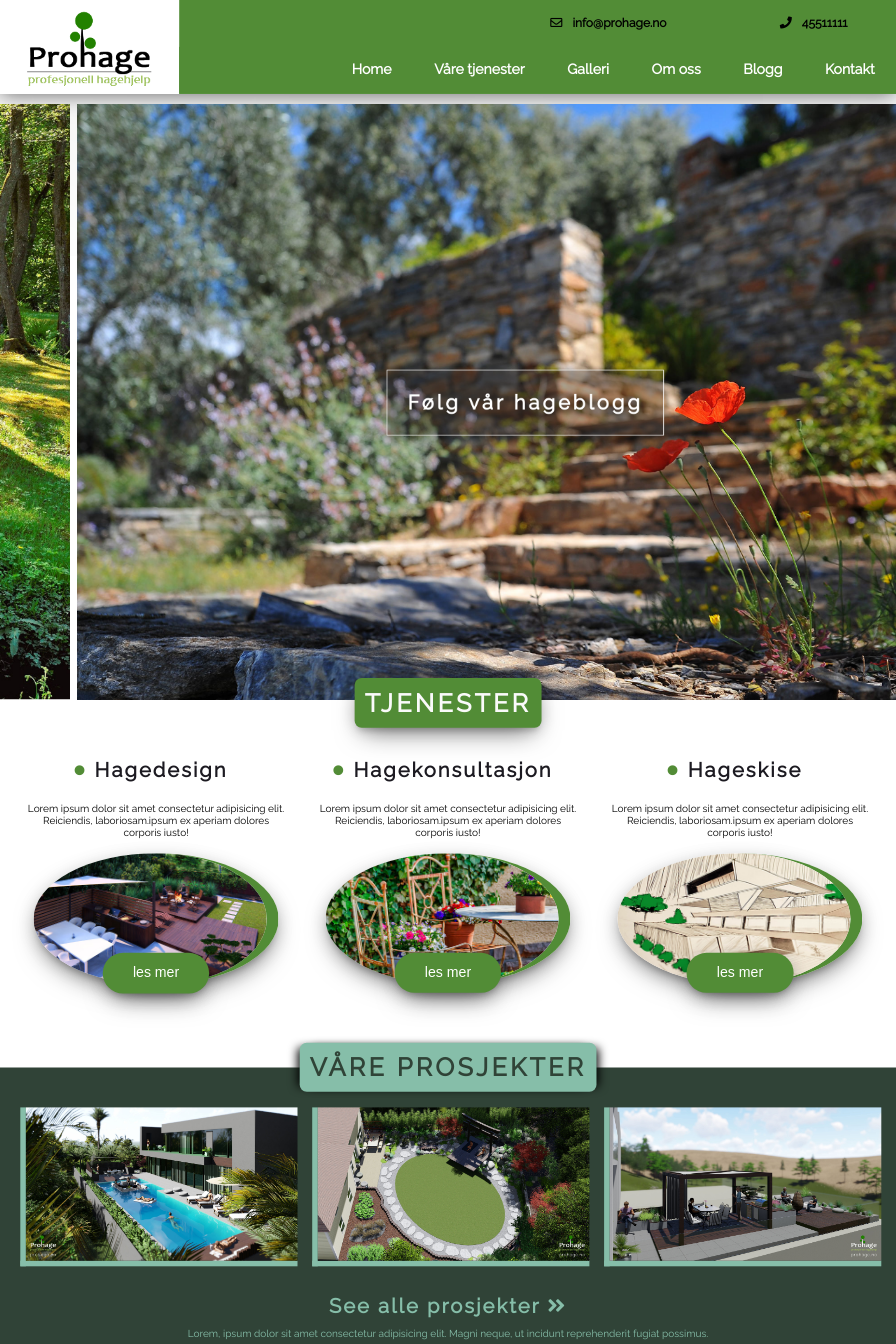
Repository: marinazzz/garden-design-website
Page: Garden design website/index.html
These files come from the project's save history. The page is drawn as it stood at one moment and after the next save; the edit follows.
The browser window is 1280 px wide. The pictures show the part of the page from y = 0 to 1920 px (the page is 2863 px tall), at 70% of full size.

Above is the page before, as saved 2020-04-03 18:09:27.

After the next save:
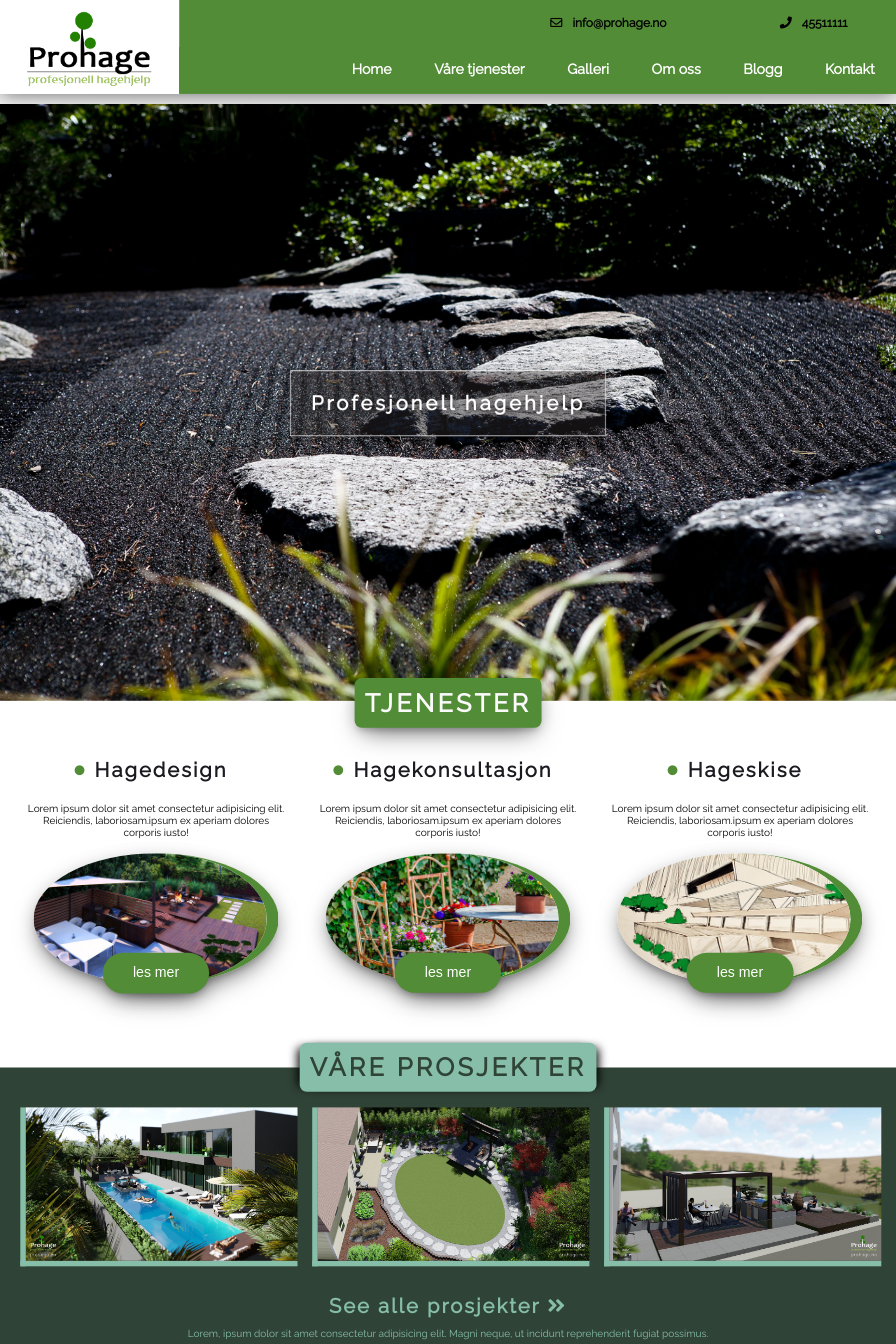
Console error: SyntaxError: missing ) after argument list
Saved 3 min 51 s later.
--- a/Garden design website/JS/js-app.js
+++ b/Garden design website/JS/js-app.js
@@ -11,18 +11,29 @@
 
 //GLIDE PLUGIN
 
-let mainGlide = new Glide('.glide', {
+/*new Glide('.glide', {
     type: 'carousel',
     autoplay: true,
     hoverpause: false,
     perView: 1,
     animationDuration: 10000
-}).mount()
+}).mount()*/
 
-let carousels = document.querySelectorAll("#main-photo > div");
+let carousels = document.querySelectorAll("#reviews > div");
 Object.values(carousels).map(carousel => {
       let slider = new Glide(carousel, {
         type: "carousel",
       });
       slider.mount();
 });
+
+let mainGlide = document.querySelectorAll("#main-photo > div");
+Object.values(mainGlide.map(carousel => {
+      let mainGlider = new Glide(carousel, {
+         autoplay: true,
+         hoverpause: false,
+         perView: 1,
+         animationDuration: 10000
+      });
+      mainGlider.mount();
+});

After the 3 saves that followed:
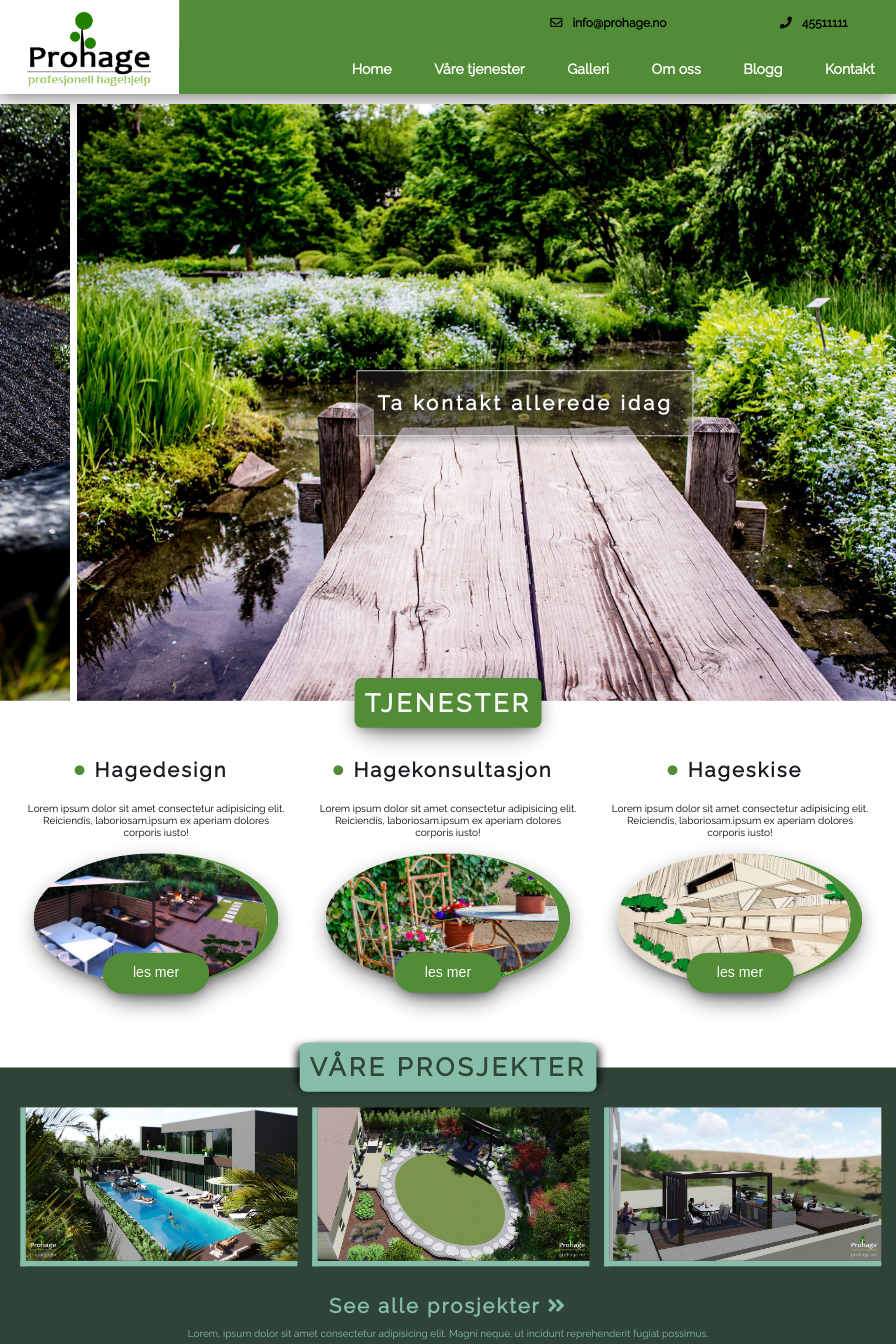
The error is gone.
The 3 saves are shown as one change because 2 left the picture as it was.
The last was saved 3 min 36 s later.
--- a/Garden design website/JS/js-app.js
+++ b/Garden design website/JS/js-app.js
@@ -28,7 +28,7 @@
 });
 
 let mainGlide = document.querySelectorAll("#main-photo > div");
-Object.values(mainGlide.map(carousel => {
+Object.values(mainGlide).map(carousel => {
       let mainGlider = new Glide(carousel, {
          autoplay: true,
          hoverpause: false,
@@ -36,4 +36,4 @@
          animationDuration: 10000
       });
       mainGlider.mount();
-});
+})
